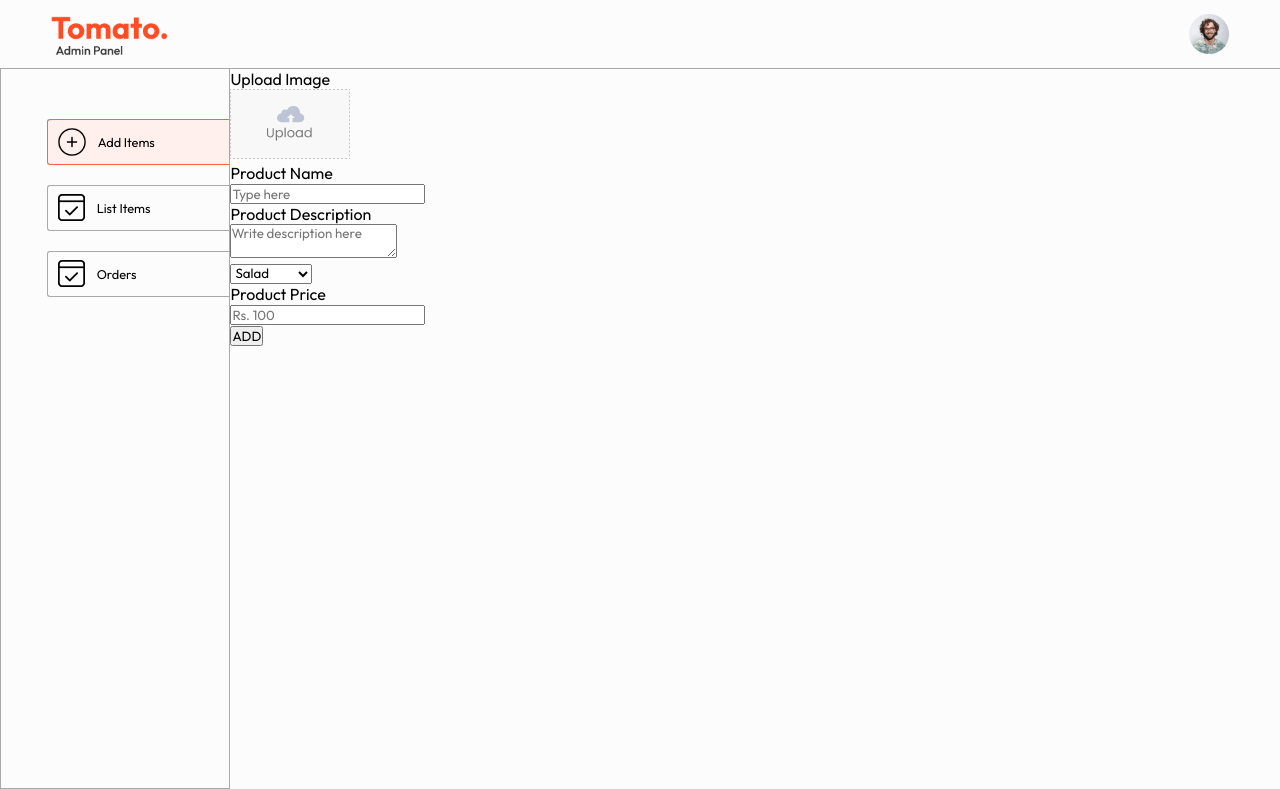
Repository: KartikChouhan03/food-delivery-app
Page: /add (app in admin/)
These files come from the project's save history. The page is drawn as it stood at one moment and after the next save; the edit follows.
The browser window is 1280 px wide. The pictures show the whole page.
Some web fonts or font styles are not loaded; a fallback is used. The project was rebuilt for these pictures with package versions that can differ from the ones it lists, and the page was loaded fresh each time. Also part of the build but not shown: admin/vite.config.js, admin/src/pages/Add/Add.css, admin/src/pages/List/List.css, admin/src/pages/List/List.jsx, admin/src/pages/Orders/Orders.css, admin/src/pages/Orders/Orders.jsx.

Above is the page before, as saved 2025-08-17 14:40:59.

### admin/index.html
<!doctype html>
<html lang="en">
  <head>
    <meta charset="UTF-8" />
    <link rel="icon" type="image/svg+xml" href="" />
    <meta name="viewport" content="width=device-width, initial-scale=1.0" />
    <title>Foodify Admin</title>
  </head>
  <body>
    <div id="root"></div>
    <script type="module" src="/src/main.jsx"></script>
  </body>
</html>

### admin/src/main.jsx
import { StrictMode } from 'react'
import { createRoot } from 'react-dom/client'
import './index.css'
import App from './App.jsx'
import {BrowserRouter} from "react-router-dom"

createRoot(document.getElementById('root')).render(
  <BrowserRouter>
    <App/>
  </BrowserRouter>

)

### admin/src/index.css
@import url('https://fonts.googleapis.com/css2?family=Montserrat:ital,wght@0,100..900;1,100..900&family=Outfit:wght@100..900&family=Playfair+Display:ital,wght@0,400..900;1,400..900&display=swap');

*{
  padding: 0;
  margin: 0;
  box-sizing: border-box;
  font-family: Outfit;

}

body{
  min-height: 100vh;
  background-color: #fcfcfc;

}

a {
  text-decoration: none;
  color: inherit;
}

hr{
  border:none;
  height: 1px;
  background-color: #a9a9a9;
}

.app-content{
  display: flex;
}

### admin/src/App.jsx
import React from 'react'
import Navbar from './components/Navbar/Navbar'
import Sidebar from './components/Sidebar.jsx/Sidebar'
import { Route, Routes } from 'react-router-dom'
import Add from './pages/Add/Add'
import List from './pages/List/List'
import Orders from './pages/Orders/Orders'


const App = () => {
  return (
    <div>
      <Navbar/>
      <hr />
      <div className='app-content'>
        <Sidebar/>
        <Routes>
          <Route path='/add' element={<Add/>}/>
          <Route path='/list' element={<List/>}/>
          <Route path='/Orders' element={<Orders/>}/>
        </Routes>
      </div>
    </div>
  )
}

export default App

### admin/src/components/Navbar/Navbar.jsx
import React from 'react'
import './Navbar.css'
import {assets} from '../../assets/assets.js'

const Navbar = () => {
  return (
    <div className='navbar'>
      <img className='logo' src={assets.logo} alt="" />
      <img className="profile" src={assets.profile_image} alt="" />
    </div>
  )
}

export default Navbar

### admin/src/components/Sidebar.jsx/Sidebar.jsx
import React from 'react'
import './Sidebar.css'
import { assets } from '../../assets/assets'
import { NavLink } from 'react-router-dom'

const Sidebar = () => {
  return (
    <div className='sidebar'>
        <div className="sidebar-options">
            <NavLink to='/add' className="sidebar-option">
                <img src={assets.add_icon} alt="" />
                <p>Add Items</p>
            </NavLink>
            <NavLink to='/list' className="sidebar-option">
                <img src={assets.order_icon} alt="" />
                <p>List Items</p>
            </NavLink>
            <NavLink to='/orders' className="sidebar-option">
                <img src={assets.order_icon} alt="" />
                <p>Orders</p>
            </NavLink>
        </div>

    </div>
  )
}

export default Sidebar

### admin/src/pages/Add/Add.jsx
import React from 'react'
import './Add.css'
import { assets } from '../../assets/assets'

const Add = () => {
  return (
    <div className='add'>
      <form className='flex-col'>
        <div className="add-img-upload flex-col">
            <p>Upload Image</p>
            <label htmlFor='image'>
                <img src={assets.upload_area} alt="" />
            </label>
            <input type="file" id="image"  hidden required/>
        </div>
        <div className="add-product-name flex-col">
            <p>Product Name</p>
            <input type="text" name='name' placeholder='Type here' />
        </div>
        <div className="add-product-description flex-col">
            <p>Product Description</p>
            <textarea name="description" placeholder="Write description here"></textarea>
        </div>
        <div className="add-category-price">
            <div className='add-category flex-col'>
                <select name="category" >
                    <option value="Salad">Salad</option>
                    <option value="Rolls">Rolls</option>
                    <option value="Deserts">Deserts</option>
                    <option value="Sandwich">SandWich</option>
                    <option value="Cake">Cake</option>
                    <option value="Pure Veg">Pure Veg</option>
                    <option value="Pasta">Pasta</option>
                    <option value="Noodles">Noodles</option>
                </select>
            </div>
            <div className="add-price flex-col">
                <p>Product Price</p>
                <input type="number" name="price" placeholder="Rs. 100"/>
            </div>

        </div>
        <button type='submit' className='add-btn'>ADD</button>
      </form>
    </div>
  )
}

export default Add

### admin/src/components/Navbar/Navbar.css
.navbar{
    display: flex;
    justify-content: space-between;
    align-items: center;
    padding: 8px 4%;
}

.navbar .logo{
    width: max(10%, 90px);
}

.navbar .profile{
    width: 40px;
}

### admin/src/components/Sidebar.jsx/Sidebar.css
.sidebar{
    width: 18%;
    min-height: 100vh;
    border: 1.5px solid #a9a9a9;
    border-top:0 ;
    font-size: max(1vw,10px);
}

.sidebar-options{
    padding-top: 50px ;
    padding-left: 20%;
    display: flex;
    flex-direction: column;
    gap: 20px;
}

.sidebar-option{
    display:flex;
    align-items: center;
    gap: 12px;
    border: 1px solid #a9a9a9;
    border-right: 0;
    padding: 8px 10px ;
    border-radius: 3px 0px 0px 3px;
    cursor: pointer;
}

.sidebar-option.active{
    background-color: #fff0ed;
    border-color: tomato;
}

@media (max-width:900px) {
    .sidebar-option p{
        display: none;
    }
}

Loaded but not shown: admin/src/assets/assets.js (common file)

After the next save:
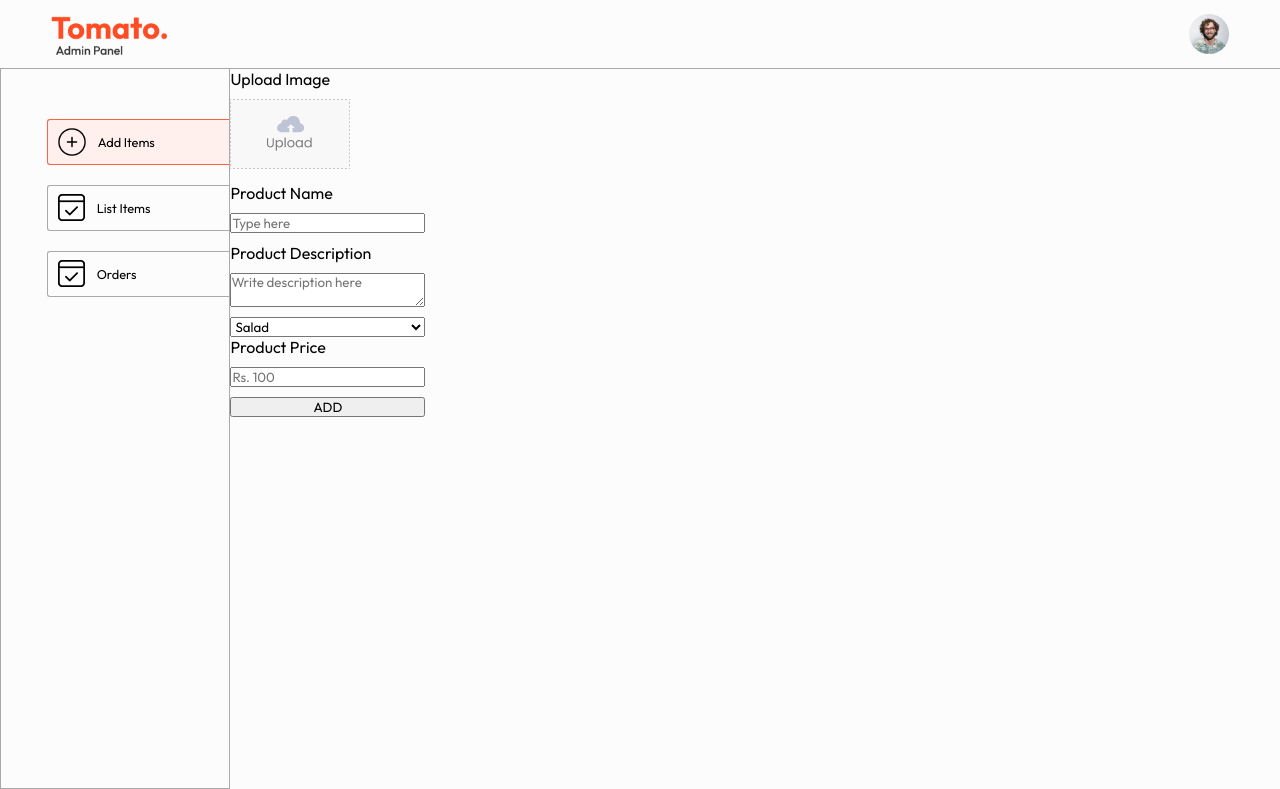
Saved 2 min 1 s later.
--- a/admin/src/index.css
+++ b/admin/src/index.css
@@ -28,3 +28,10 @@ hr{
 .app-content{
   display: flex;
 }
+
+
+.flex-col{
+  display: flex;
+  flex-direction: column;
+  gap: 10px;
+}
